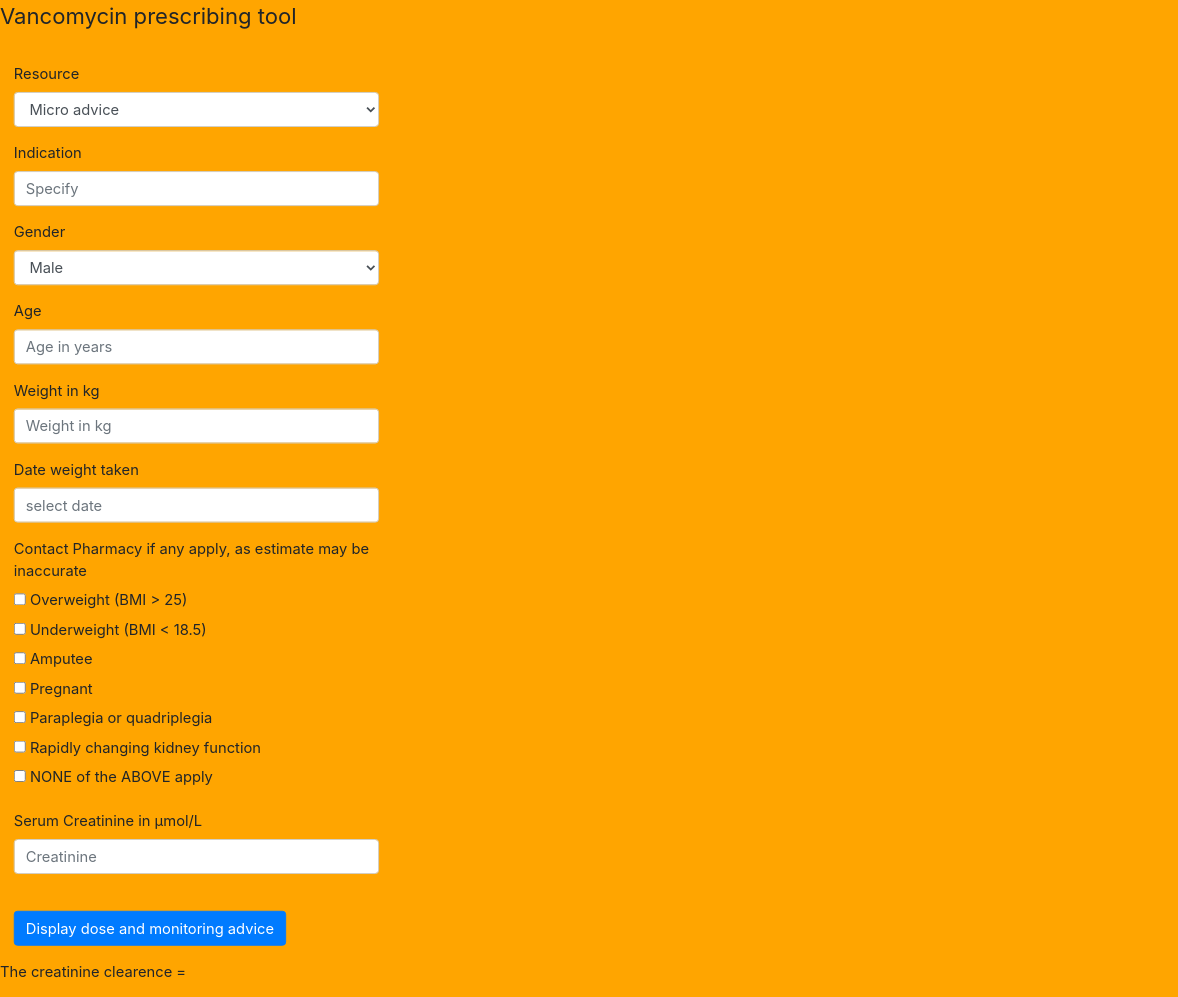
Repository: Mismiles/project-clinical-calculator
Page: index.html
The author's editor kept a record of every edit. The page is drawn from the files as they stood at one moment, then again after the next edit.
The browser window is 1280 px wide. The pictures show the whole page, at 92% of full size.

Above is the page before.
Console error (its wording comes from the project's code and is left out).

After the next edit:
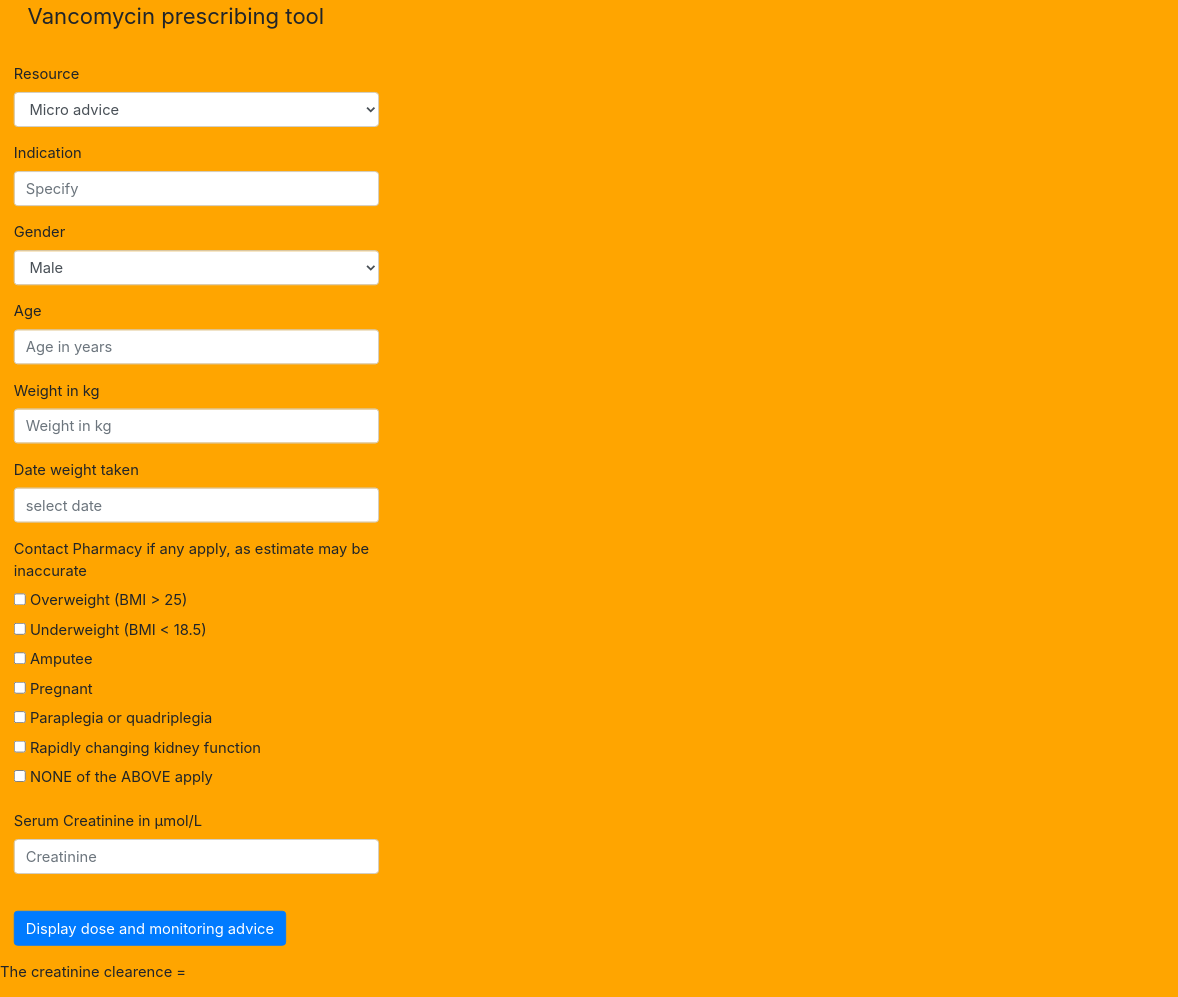
The edit:
--- a/css/stylesheet.css
+++ b/css/stylesheet.css
@@ -2,3 +2,7 @@
     position: relative;
     background-color: #FFA500;
 }
+
+legend {
+    padding-left: 30px;
+}
